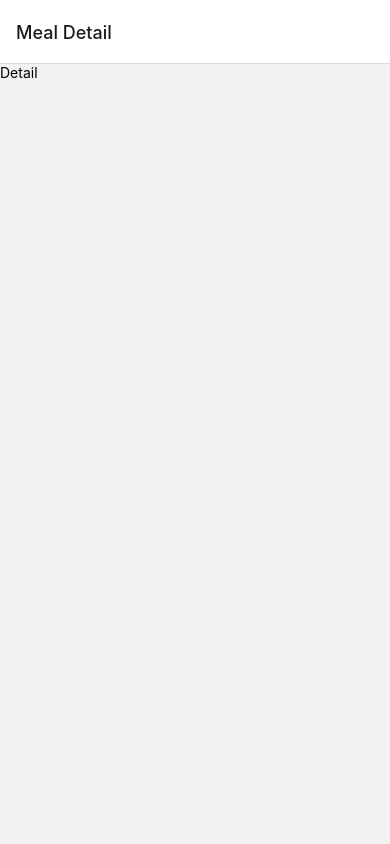
Repository: tammyluu/FullStack_Project
Screen: / (app in meals/)
The author's editor kept a copy of each file at every save. The screen is drawn from the files as they stood at one save, then again after a run of saves.
The app was drawn by React Native's web renderer in a window 390 px wide. The project was rebuilt for these pictures with package versions that can differ from the ones it lists, and the page was loaded fresh each time. Also part of the build but not shown: meals/components/Home.js, meals/components/Category.js.

Above is the screen before, as saved 2023-11-10 10:42:43.

After the next 2 saves:
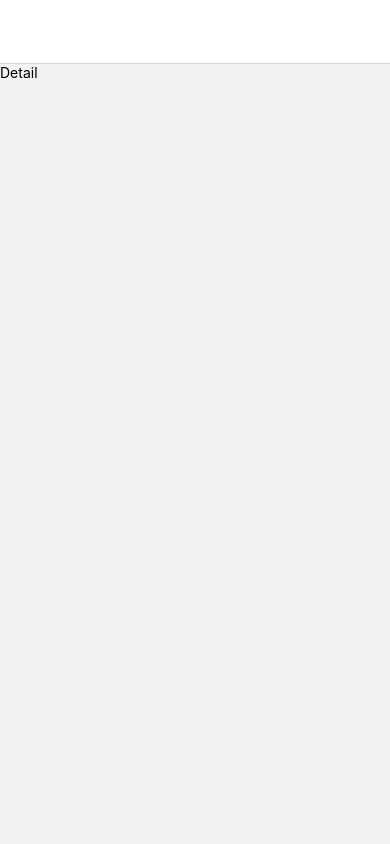
The 2 saves are shown as one change because they came seconds apart.
The last was saved 13 s later.
--- a/meals/App.js
+++ b/meals/App.js
@@ -13,7 +13,7 @@ export default function App() {
      <Stack.Navigator initialRouteName='Home'>
         <Stack.Screen name='Category' component={Category} options={{title :"All categories"}}/>
         <Stack.Screen name='Detail' component={Detail} options={{title :"Meal Detail"}}/>
-        <Stack.Screen name='Home' component={Detail} options={{title :"Meal Detail"}}/>
+        <Stack.Screen name='Home' component={Detail} options={{title :true}}/>
      </Stack.Navigator>
    </NavigationContainer>
   );
